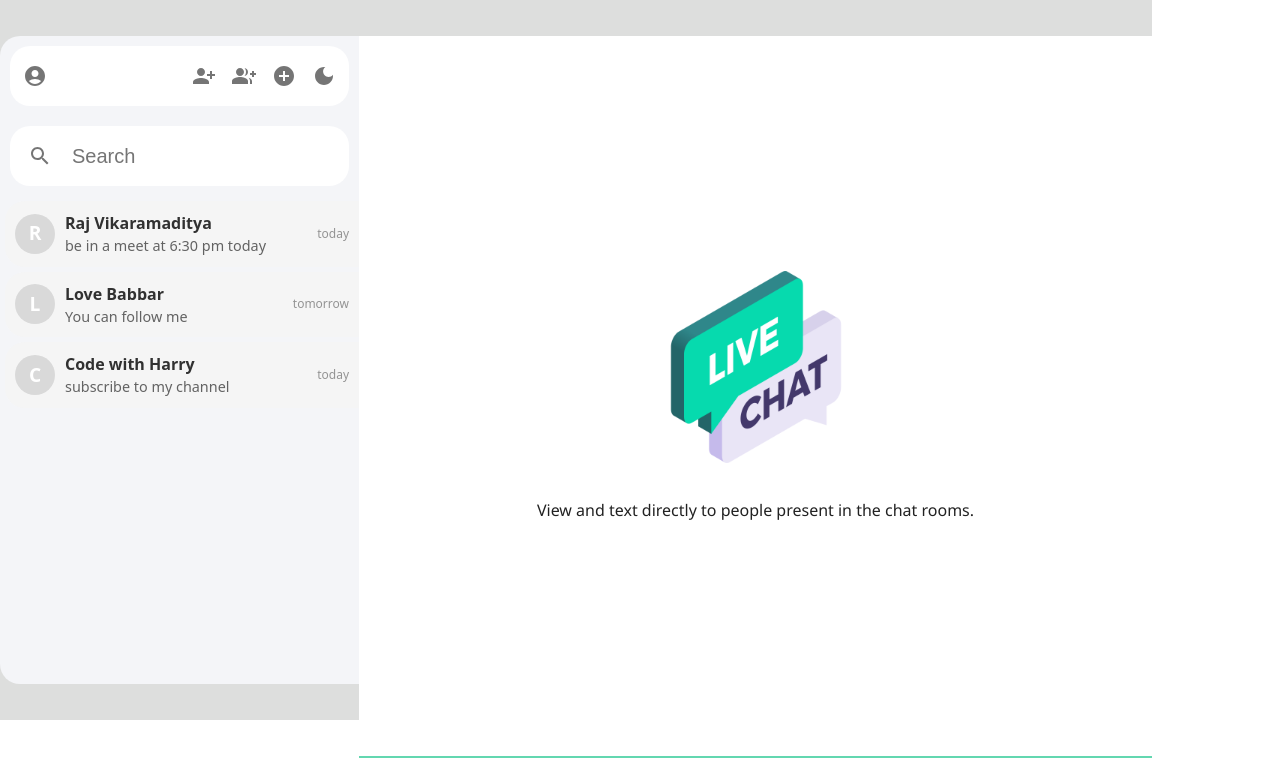
Repository: rahul-chakradhari/chat_app
Page: /
These files come from the project's save history. The page is drawn as it stood at one moment and after the next save; the edit follows.
The browser window is 1280 px wide. The pictures show the whole page.
The project was rebuilt for these pictures with package versions that can differ from the ones it lists, and the page was loaded fresh each time. Also part of the build but not shown: vite.config.js, src/components/Messagebyme.jsx, src/components/Messagebyothers.jsx, src/components/Chatarea.jsx.

Above is the page before, as saved 2025-02-28 19:20:08.

### index.html
<!DOCTYPE html>
<html lang="en">
  <head>
    <meta charset="UTF-8" />
    <link rel="icon" href="./live-chat.png" />

    <meta name="viewport" content="width=device-width, initial-scale=1.0" />
    <title>Vite + React</title>
  </head>
  <body>
    <div id="root"></div>
    <script type="module" src="/src/main.jsx"></script>
  </body>
</html>

### src/App.jsx
import "./App.css";
import Maincontainer from "./components/Maincontainer";

function App() {
  return (
    <div className="App">
      <Maincontainer />
    </div>
  );
}

export default App;

### src/App.css
* {
  margin: 0;
}
.App {
  background-color: #dddedd;
  min-height: 100vh;
  display: flex;
  justify-content: center;
  align-items: center;
}

### src/components/Maincontainer.jsx
import "./Mystyles.css";
import Sidebar from "./Sidebar";
import Chatarea from "./Chatarea";
import Welcome from "./Welcome";

const Maincontainer = () => {
  return (
    <div className="main">
      <Sidebar />
      <Welcome />
      {/*<Chatarea />*/}
    </div>
  );
};

export default Maincontainer;

### src/components/Mystyles.css
.main {
  background-color: #f4f5f8;
  height: 90vh;
  width: 90vw;
  display: flex;
  border-radius: 20px;
}
.side {
  flex: 0.3;
  display: flex;
  flex-direction: column;
}
.chat {
  background-color: aliceblue;
  flex: 0.7;
}
.headers {
  background-color: white;
  border-radius: 20px;
  padding: 10px 5px;
  margin: 10px;
  display: flex;
  justify-content: space-between;
}
.search {
  background-color: white;
  border-radius: 20px;
  padding: 10px 10px;
  margin: 10px;
  display: flex;
  align-items: center;
}
.box {
  outline-width: 0;
  border: none;
  font-size: 1.25rem;
  margin-left: 10px;
}
.conver {
  background-color: white;
  border-radius: 20px;
  padding: 10px 5px;
  margin: 10px;
  flex: 1;
}
.conversationitem {
  display: flex;
  align-items: center; /* Items ko vertical center align karega */
  gap: 10px; /* Icon aur text ke beech gap */
  padding: 10px;
  margin: 5px;
  border-radius: 20px;
  background-color: #f5f5f5; /* Light background */
  width: 100%;
  overflow: scroll;
}
.conversationitem::-webkit-scrollbar {
  display: none;
}

.icon {
  display: flex;
  justify-content: center;
  align-items: center;
  background-color: #d9d9d9;
  font-size: 1.2rem;
  font-weight: bold;
  color: white;
  height: 40px;
  width: 40px;
  border-radius: 50%;
  flex-shrink: 0; /* Icon ka size maintain rahega */
}

.conversation-text {
  display: flex;
  flex-direction: column;
  flex-grow: 1; /* Ye ensure karega ki text area full width le */
}

.title {
  font-weight: bold;
  font-size: 1rem;
  color: rgba(0, 0, 0, 0.8);
}

.message {
  font-size: 0.9rem;
  color: rgba(0, 0, 0, 0.6);
}

.time {
  margin-right: 25px;
  font-size: 0.75rem;
  color: rgba(0, 0, 0, 0.4);
  flex-shrink: 0; /* Time ka size fix rahe */
}
.chat {
  display: flex;
  flex-direction: column;
  flex: 0.7;
}
.chattingwith {
  background-color: green;
}
.mess {
  background-color: aquamarine;
  flex-grow: 1;
}
.inputbox {
  background-color: green;
}
.trash {
  color: black;
}
.chat {
  display: flex;
  flex-direction: column;
  flex: 0.7;
}

.chat-header {
  display: flex;
  justify-content: space-between;
  align-items: center;
  padding: 10px;
  background: white;
  border-bottom: 1px solid #ddd;
}
.avatar {
  border-color: #d9d9d9;
  color: white;
}
.chat-info {
  display: flex;
  align-items: center;
}

.chat-info .avatar {
  width: 40px;
  height: 40px;
  border-radius: 50%;
  background: #bbb;
  display: flex;
  justify-content: center;
  align-items: center;
  font-weight: bold;
  margin-right: 10px;
}

.trash {
  color: black;
}

.mess {
  flex-grow: 1;
  padding: 20px;
  background: #f5f5f5;
}

.inputbox {
  padding: 10px;
  border-top: 1px solid #ddd;
  background: white;
}

.inputbox input {
  width: 100%;
  padding: 8px;
  border: none;
  outline: none;
}
.name-time {
  display: flex;
  flex-direction: column;
  align-items: flex-start; /* Left-align text properly */
}

.niche {
  font-size: 12px;
  color: gray;
  margin: 2px 0 0 3px;
  margin-top: 2px;
  margin-right: 12px;
  /* 👈 Adjust left margin properly */
  padding-right: 42px; /* 🔹 Slight padding for spacing */
}
.inputbox {
  display: flex;
  justify-content: center;
}
.othertextcontent,
.con-icon {
  width: 200px; /* Box ka width */
  height: auto; /* Height content ke according adjust hogi */
  font-size: 16px; /* Text size change karne ke liye */
  padding: 10px; /* Text aur border ke beech space ke liye */
  background-color: aquamarine; /* Light gray background */
  border-radius: 10px; /* Rounded corners */
  margin-left: 750px;
}
.selfmessagecontainer {
  width: 200px; /* Box ka width */
  height: auto; /* Height content ke according adjust hogi */
  font-size: 16px; /* Text size change karne ke liye */
  padding: 10px; /* Text aur border ke beech space ke liye */
  background-color: lightsalmon; /* Light gray background */
  border-radius: 10px; /* Rounded corners */
}
.mess {
  height: 500px;
  overflow-y: auto;
  display: flex;
  flex-direction: column;
}
.mess::-webkit-scrollbar {
  display: none;
}

.welcome {
  min-height: 100vh;
  flex: 0.7;
  display: flex;
  flex-direction: column;
  justify-content: center;
  align-items: center;
  gap: 25px;
  font-family: "Segoe UI", Tahoma, Geneva, Verdana, sans-serif;
  color: rgba(0, 0, 0, 0.87);
  border-bottom: 2px solid #63d7b0;
  background-color: #ffffff;
}

.logo {
  height: 15vw;
  margin-bottom: 10px;
}

### src/components/Sidebar.jsx
import { useState } from "react";
import AccountCircleIcon from "@mui/icons-material/AccountCircle";
import PersonAddAlt1Icon from "@mui/icons-material/PersonAddAlt1";
import GroupAddIcon from "@mui/icons-material/GroupAdd";
import AddCircleIcon from "@mui/icons-material/AddCircle";
import DarkModeIcon from "@mui/icons-material/DarkMode";
import SearchIcon from "@mui/icons-material/Search";
import Conversationitem from "./Conversationitem";
import "./Mystyles.css";
import { IconButton } from "@mui/material";

const Sidebar = () => {
  const [conversations, setConversations] = useState([
    {
      id: 1,
      name: "Raj Vikaramaditya",
      lastMessage: "be in a meet at 6:30 pm today",
      timeStamp: "today",
    },
    {
      id: 2,
      name: "Love Babbar",
      lastMessage: "You can follow me ",
      timeStamp: "tomorrow",
    },
    {
      id: 3,
      name: "Code with Harry",
      lastMessage: "subscribe to my channel",
      timeStamp: "today",
    },
  ]);

  return (
    <div className="side">
      <div className="headers">
        <div>
          <IconButton>
            <AccountCircleIcon />
          </IconButton>
        </div>
        <div>
          <IconButton>
            <PersonAddAlt1Icon />
          </IconButton>
          <IconButton>
            <GroupAddIcon />
          </IconButton>
          <IconButton>
            <AddCircleIcon />
          </IconButton>
          <IconButton>
            <DarkModeIcon />
          </IconButton>
        </div>
      </div>

      <div className="search">
        <IconButton>
          <SearchIcon />
        </IconButton>
        <input placeholder="Search" className="box" />
      </div>

      <div className="conversation">
        {conversations.map((conversation) => (
          <Conversationitem key={conversation.id} {...conversation} />
        ))}
      </div>
    </div>
  );
};

export default Sidebar;

### src/components/Welcome.jsx
import logo from "./images/live-chat.png";
const Welcome = () => {
  return (
    <div className="welcome">
      <img src={logo} alt="" className="logo" />
      <p>View and text directly to people present in the chat rooms.</p>
    </div>
  );
};

export default Welcome;

### src/components/Conversationitem.jsx
const Conversationitem = (props) => {
  return (
    <div className="conversationitem">
      <p className="icon">{props.name[0]}</p>
      <div className="conversation-text">
        <p className="title">{props.name}</p>
        <p className="message">{props.lastMessage}</p>
      </div>
      <p className="time">{props.timeStamp}</p>
    </div>
  );
};

export default Conversationitem;

Loaded but not shown: src/main.jsx (common file); src/index.css (common file)

After the next save:
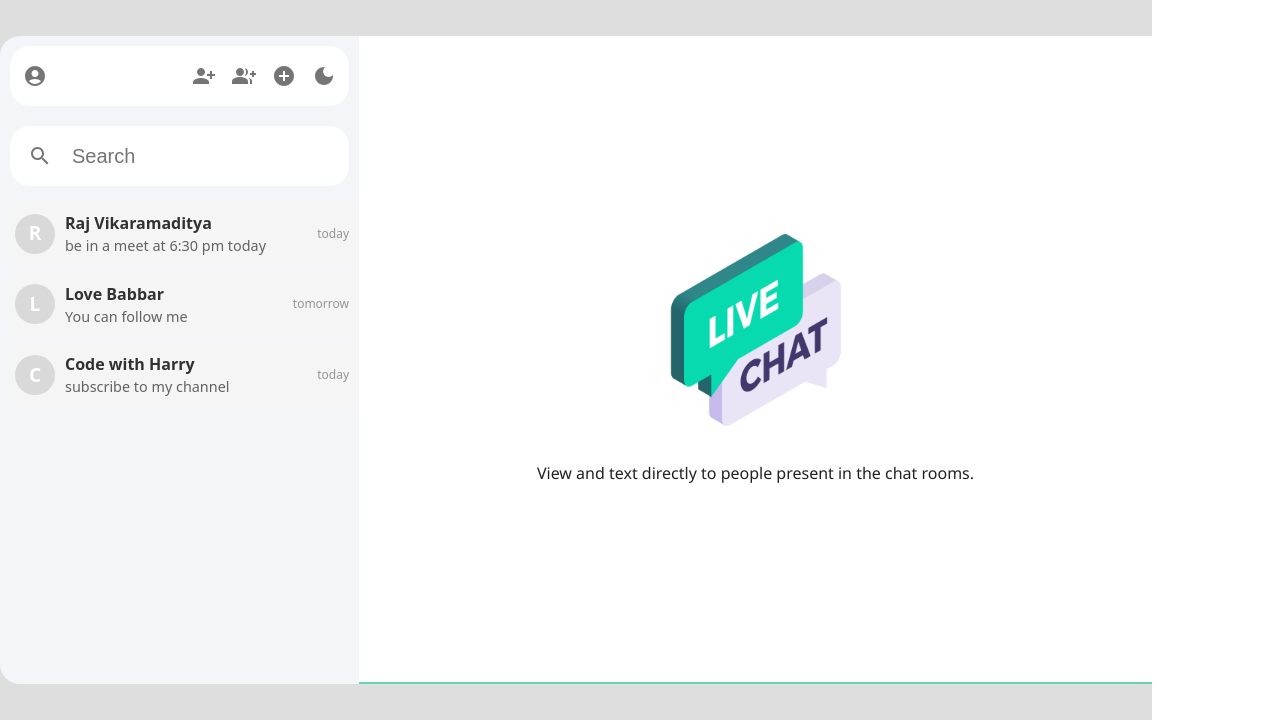
Saved 9 s later.
--- a/src/components/Mystyles.css
+++ b/src/components/Mystyles.css
@@ -218,7 +218,7 @@
 }
 
 .welcome {
-  min-height: 100vh;
+  min-height: 70vh;
   flex: 0.7;
   display: flex;
   flex-direction: column;
